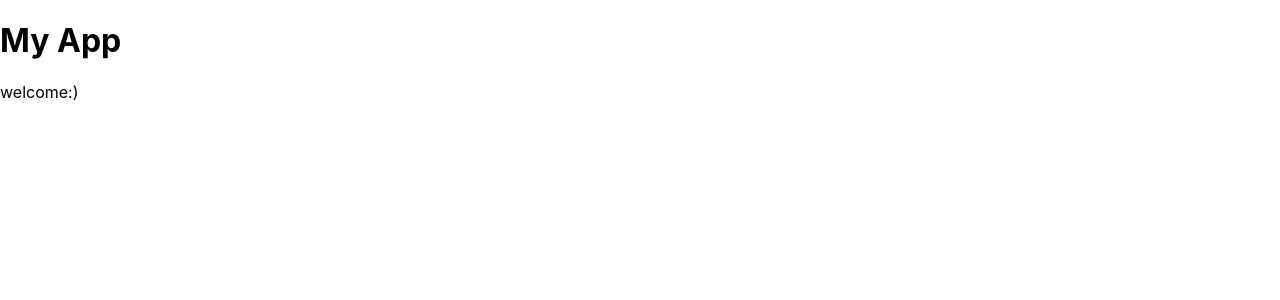
Repository: ejazsidhu/reactJSPrecticeNinja
Page: /
An editor plug-in stored every save of this project. The page is shown before and after the next save, followed by the edit.
The browser window is 1280 px wide. The pictures show the whole page.
The project was rebuilt for these pictures with package versions that can differ from the ones it lists, and the page was loaded fresh each time.

Above is the page before, as saved 2020-04-10 18:07:10.

After the next save:
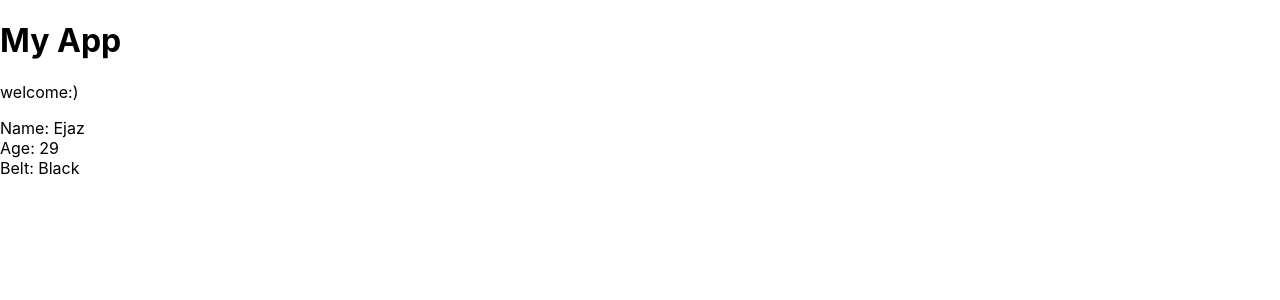
Saved 16 s later.
--- a/src/App.js
+++ b/src/App.js
@@ -6,6 +6,7 @@ function App() {
     <div className="App">
   <h1>My App</h1>
   <p>welcome:)</p>
+  <Ninjas/>
     </div>
   );
 }
